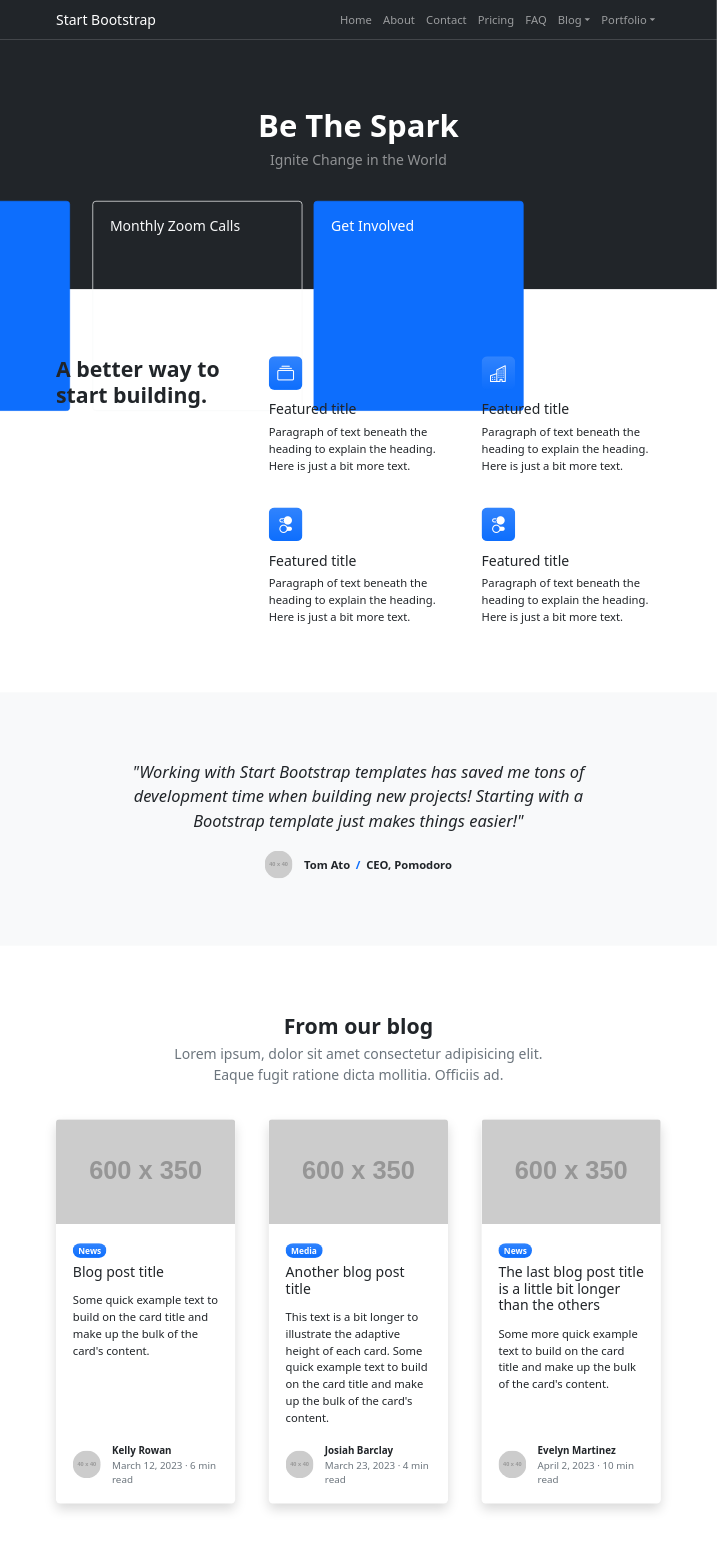
Repository: DragonFruit8/BeTheSpark
Page: index.html
These files come from the project's save history. The page is drawn as it stood at one moment and after a run of saves; the edit follows.
The browser window is 1024 px wide. The pictures show the part of the page from y = 0 to 2240 px (the page is 2663 px tall before and 2953 px after), at 70% of full size.

Above is the page before, as saved 2024-01-05 08:30:21.

After the next 2 saves:
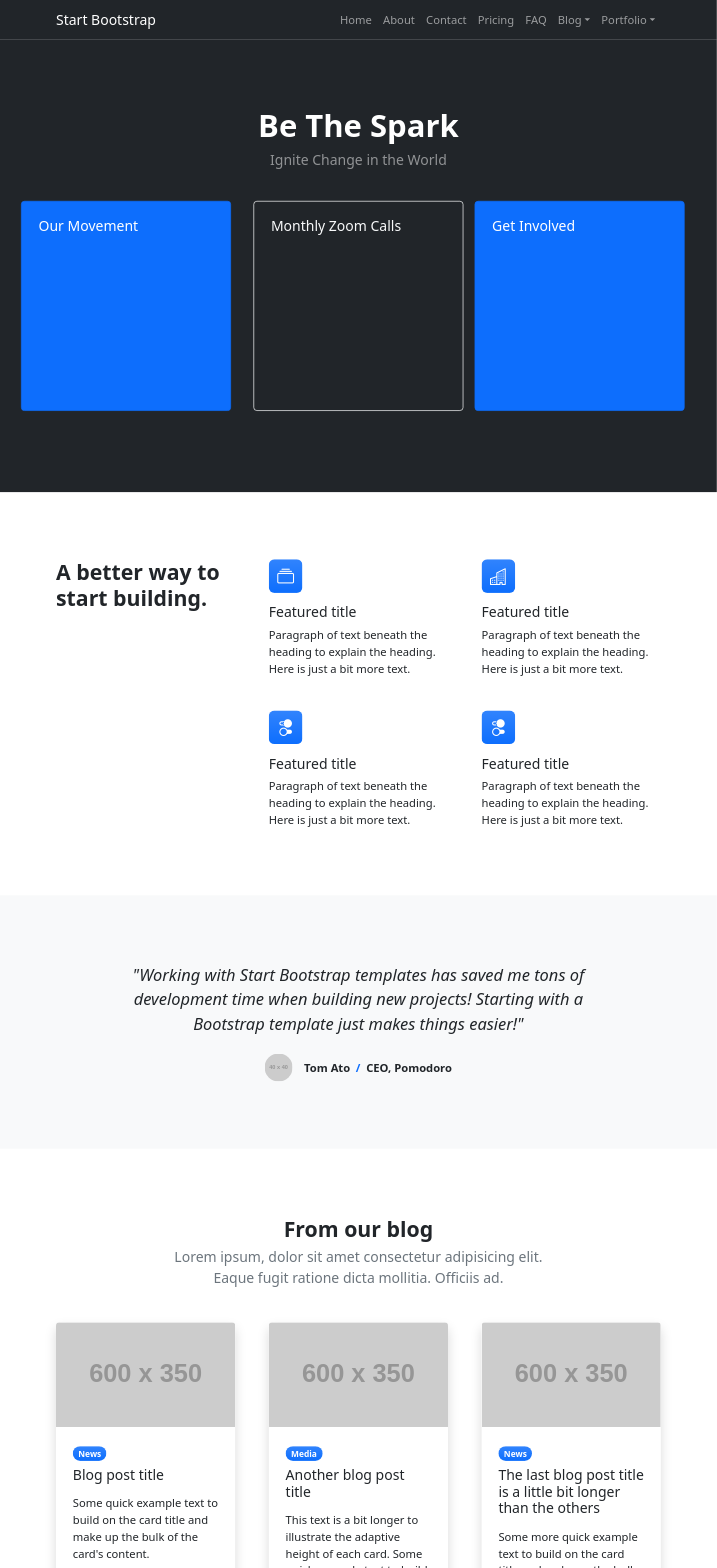
The 2 saves are shown as one change because they came seconds apart.
The last was saved 7 s later.
--- a/css/home.css
+++ b/css/home.css
@@ -20,7 +20,7 @@
 
 }
 
-@media (max-width: 1080px) {
+@media (max-width: 1080px and min-width: 768px) {
     #CTA{
         display: inline-flex;
         flex-direction: row;

After the 4 saves that followed:
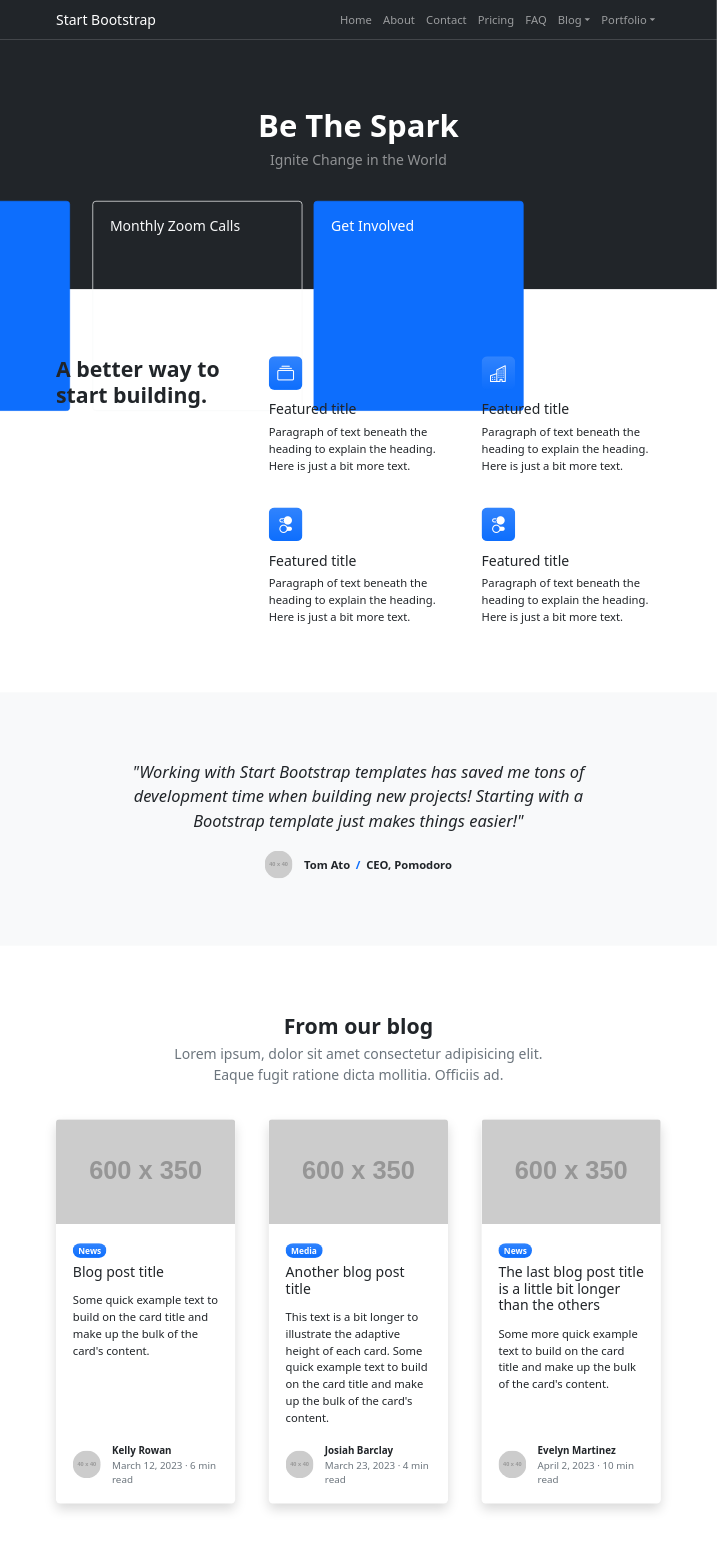
The 4 saves are shown as one change because 1 left the picture as it was and some came seconds apart.
The last was saved 34 s later.
--- a/css/home.css
+++ b/css/home.css
@@ -20,7 +20,7 @@
 
 }
 
-@media (max-width: 1080px and min-width: 768px) {
+@media (max-width: 1080px) and (min-width: 768px) {
     #CTA{
         display: inline-flex;
         flex-direction: row;
